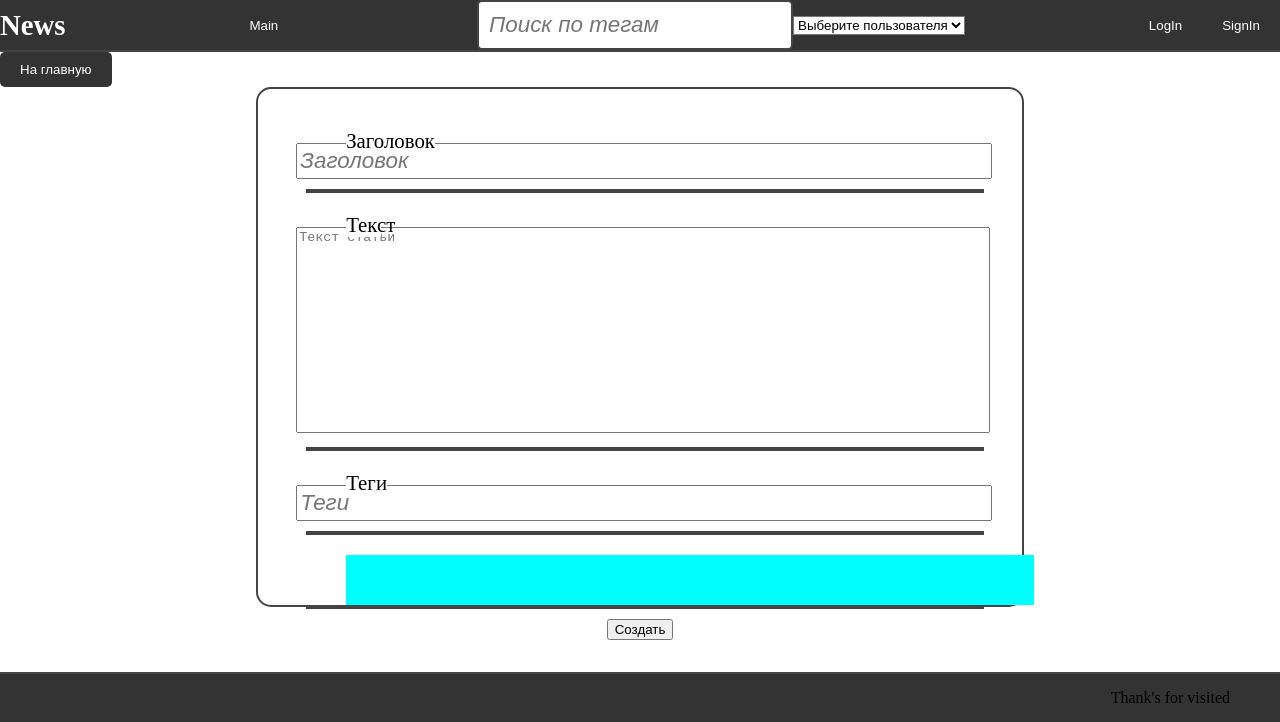
Repository: Igor-Blazhko/news_frontend
Page: /CreatePost
These files come from the project's save history. The page is drawn as it stood at one moment and after the next save; the edit follows.
The browser window is 1280 px wide. The pictures show the whole page.
The project was rebuilt for these pictures with package versions that can differ from the ones it lists, and the page was loaded fresh each time. Also part of the build but not shown: vite.config.ts, src/components/allPost/onePost/onePost.module.css, src/components/allPost/onePost/onePost.tsx, src/components/allPost/allPost.tsx, src/components/auth/logIn/login.module.css, src/components/auth/logIn/login.tsx, src/components/auth/register/register.tsx, src/components/pageOnePost/comments/comment.tsx and 2 more.

Above is the page before, as saved 2024-07-15 16:54:23.

### src/App.tsx
import Header from './components/header/header'
import AllPost from './components/allPost/allPost'
import Footer from './components/footer/footer'
import LogIn from './components/auth/logIn/login'
import { Page } from './types'
import SignIn from './components/auth/register/register'
import { BrowserRouter, Route, Routes } from 'react-router-dom'
import OnePost from './components/pageOnePost/OnePost'
import { Provider } from 'react-redux'
import { store } from './store'
import { QueryClient, QueryClientProvider } from '@tanstack/react-query'
import CreatePost  from './components/createPost/createPost'



const queryClient = new QueryClient();

function App() {

  return (
    <Provider store={store}>
      <QueryClientProvider client={queryClient}>
        <BrowserRouter>
        <Header></Header>
          <Routes>
            <Route path="*" element ={ <AllPost/> }/>
            <Route path={Page.LogIn} element ={ <LogIn/> }/>
            <Route path={Page.SignIn} element ={ <SignIn/> }/>
            <Route path={Page.CreatePost} element ={ <CreatePost/> }/>
            <Route path={Page.OnePost+'/:id'} element ={ <OnePost/> }/>
          </Routes>
        <Footer></Footer>
        </BrowserRouter>
      </QueryClientProvider>
    </Provider>
  )
}

export default App

### src/index.css
body{
  margin: 0;
  padding: 0;
  width: 100vw;
  min-height: 100vh;
  overflow-x: hidden;
}

main{
  min-height: calc(100vh - 100px);
}

### src/components/header/header.tsx

import { Link } from 'react-router-dom';
import Button from '../simplyComponents/button/button';
import styles from './header.module.css'
import ButtonAuth  from './buttonAuth/buttonAuth';
import Filter from './filter/filter';


export default function Header() {
        return (
        <header className={styles.header}>
            <div className={styles.logo}>
                News
            </div>
            <nav>
                <Link to="">
                    <Button>Main</Button>
                </Link>
            </nav>
            <Filter/>
            <ButtonAuth/>
        </header>
    )
}

### src/components/footer/footer.tsx
import { Link } from 'react-router-dom'
import styles from './footer.module.css'
import { Page } from '../../types'
import Button from '../simplyComponents/button/button'
import { useSelector } from 'react-redux'
import { States } from '../../store'

export default function Footer(){
    const JWT = useSelector( (state:States) => state.JWT)
    return(
        <footer className={styles.footer}>
            {
            JWT &&
            <Link to={'/'+Page.CreatePost}>
                <Button>Создать пост</Button>
            </Link>
            }

            <div className={styles.text}>Thank's for visited</div>
        </footer>
    )
}

### src/types.ts
export const enum Page {
    LogIn = 'LogIn',
    SignIn = 'SignIn',
    AllPost = 'AllPost',
    OnePost = 'OnePost',
    CreatePost = 'CreatePost',
}

export class ObjectToken {
    private readonly access_token:string;
    constructor(access_token:string){
        this.access_token = access_token;
    }
}

export class HTTPExeption{
    private readonly response:string;
    private readonly status:number;
    private readonly message:string;
    private readonly name:string;
    constructor(response:string, status:number, message:string, name:string){
        this.response = response;
        this.status = status;
        this.message = message;
        this.name = name;
    }
}

### src/store.ts
import { createStore } from '@reduxjs/toolkit'
import cooks from './basefunction';

export interface States{
  tagfilter: string[],
  userfilter: number,
  JWT:string|undefined,
  location: string,
}

const defaultState:States = {
  tagfilter: [],
  userfilter: 0,
  JWT: cooks.getJWT(),
  location: '*',
}

type Action = {
  type:string,
  buffer?:string,
  userId?:number,
  JWT?:string,
}
const reducer = (state = defaultState, action:Action) => {
  switch (action.type){
    case 'Filter':
      if (( 'buffer' in action) && (action.buffer !== undefined)) {
        const arr = action.buffer.split(' ');
        state = {...state,
          tagfilter: arr,
        }
      }
      return state;
    case 'setUserFilter':
      if (( 'userId' in action) && (action.userId !== undefined)) {
        state = {...state,
          userfilter: action.userId,
        }
      }
      return state
    case 'SetJWT':
      if ( ('JWT' in action) && (action.JWT !== undefined) ){
        state = {...state,
          JWT: action.JWT,
        }
        cooks.LogIn(action.JWT)
      // document.cookie = `JWT_token=${action.JWT}`
      }
      return state;
    case 'DelJwt':
      state = {
        ...state,
        JWT:'',
      }
      cooks.LogOut()
      return state;
    case 'setLocation':
      state = {
        ...state,
        location: location.pathname,
      }
      return state;
    case 'dropLocation':
      state = {
        ...state,
        location: '*',
      }
      return state;
    default:
      return state;
  }
}

export const store = createStore(reducer)

### src/components/createPost/createPost.tsx
import { Link } from "react-router-dom";
import { Page } from "../../types";
import Button from "../simplyComponents/button/button";
import SERVER from "../../dataServer";
import styles from "./createPost.module.css"

export default function CreatePost(){

    return (
        <main>
            <Link to={'/'}>
                <Button>На главную</Button>
            </Link>
            <div>
                <form action={SERVER.POST.News.create} method="post" className={styles.form}>
                    <div className={styles.article}>
                        <label htmlFor="article" className={styles.article} >Заголовок</label>
                        <input type="text" name="article" maxLength={254} placeholder="Заголовок" className={styles.article}/>
                    </div>
                    <div className={styles.text}>
                        <div className={styles.label}>Текст</div>
                        <textarea name="text" placeholder="Текст статьи" className={styles.text}/>
                    </div>
                    <div className={styles.tags}>
                        <label htmlFor="tags" className={styles.tags}>Теги</label>
                        <input type="text" name="tags" placeholder="Теги"  className={styles.tags}/>
                    </div>
                    <div className={styles.file}>
                        <label htmlFor="file" className={styles.file}>
                            <input type="file" name="file" className={styles.file} hidden/>
                        </label>
                    </div>
                    <button type="submit" className={styles.btn}>Создать</button>
                </form>
            </div>
        </main>

    )
}

### src/components/simplyComponents/button/button.tsx
import { MouseEventHandler, ReactNode } from 'react'
import styles from './button.module.css'
type Button = {
    text?:string,
    children?:ReactNode
    onClick?:MouseEventHandler<HTMLButtonElement>
}

export default function Button(props:Button){

    return(
        <button className={styles.button} onClick={props.onClick}>{props.children}</button>
    )
}

### src/components/header/header.module.css
header {
    background-color: #333;
    display: flex;
    justify-content: space-between;
    align-items: center;
    border-bottom: 2px solid #444;
    box-sizing: border-box;
    min-height: 50px;
}

.logo {
    font-size: 1.8em;
    font-weight: bold;
    color: #fff;
}



  .filter {
    display: flex;
    align-items: center;
  }

  .filter input,
  .filterselect {
    padding: 8px 10px;
    margin-left: 15px;
    border: 2px solid #444;
    border-radius: 5px;
    transition: border-color 0.3s ease;
  }

  .filter input:focus,
  .filter select:focus {
    border-color: #888;
  }

  .filter select {
    background-color: #fff;
}

### src/components/header/buttonAuth/buttonAuth.tsx
import { useDispatch, useSelector } from "react-redux"
import { States } from "../../../store"
import cooks from "../../../basefunction";
import Button from "../../simplyComponents/button/button";
import { Link } from "react-router-dom";
import { Page } from "../../../types";

export default function ButtonAuth(){

    const JWT = useSelector( (state:States) => state.JWT);
    const dispatch = useDispatch();

    function LogOut(){
        dispatch({
            type: 'DelJwt',
        })
    }

    return (
        <>
            {
                JWT?
                <div className="auth">
                    <Button onClick={LogOut}>LogOut</Button>
                </div>
                :
                <div className="auth">
                    <Link to={Page.LogIn}>
                        <Button>LogIn</Button>
                    </Link>
                    <Link to={Page.SignIn}>
                        <Button>SignIn</Button>
                    </Link>
                </div>
                }
        </>
    )
}

### src/components/header/filter/filter.tsx

import { useEffect, useState } from 'react'
import { User } from '../../pageOnePost/types/types'
import styles from '../header.module.css'
import { useDispatch } from 'react-redux'

export default function Filter(){
    const [users, setUsers] = useState([ {
        id: 1,
        name: 'igor',
        sername: 'Blazhko',
        login: 'user1',
    }])
    const [change, setChange] = useState(false)
    const dispatch = useDispatch()

    useEffect(() => {
        const users = [
            {
                id: 1,
                name: 'igor',
                sername: 'Blazhko',
                login: 'user1',
            },
            {
                id: 2,
                name: 'igor',
                sername: 'Tokin',
                login: 'user2',
            },
            {
                id: 3,
                name: 'igor',
                sername: 'Lankin',
                login: 'user3',
            },
        ];
        setUsers(users);
        // setLog(JWT)
    },[])

    function changeFilter(event:React.ChangeEvent<HTMLInputElement>){
        dispatch({
            type:'Filter',
            buffer: event.target.value,
        })
    }

    function changeUser(event) {
        dispatch({
            type:'setUserFilter',
            userId: +event.target.value,
        })
        if ( +event.target.value ) setChange(true)
        else setChange(false)
    }

    return (
            <div className={styles.filter}>
                <input type="text" placeholder="Поиск по тегам" onChange={changeFilter}/>
                <select onChange={changeUser} defaultValue="option0">
                    <option value="0">
                        { change? 'Cбросить фильтрацию': 'Выберите пользователя'}
                    </option>
                    {
                        users.map((user:User)=> <option key = {user.id} value={user.id}>{user.name} {user.sername}</option>)
                    }
                </select>
            </div>
    )
}

### src/components/allPost/allPost.module.css

main {
    display: flex;
    flex-direction: column;
    row-gap: 25px;
  }

### src/dataServer.ts


const SERVER = {
    base: 'http://192.168.3.37:5000/',
    POST: {
        register: 'http://127.0.0.1:5000/auth/registration',
        login: 'http://127.0.0.1:5000/auth/login',
        comments: {
            createCom: 'http://127.0.0.1:5000/comments',
        },
        News: {
            create: 'http://127.0.0.1:5000/news',
        }
    },
    GET: {
        allNews: 'http://127.0.0.1:5000/news',
        oneNews: 'http://127.0.0.1:5000/news?id=',
        getAllCommentByPostId: 'http://127.0.0.1:5000/comments?id=',
    }
}
export default SERVER;

### src/components/footer/footer.module.css
footer {
    width: 100vw;
    background-color: #333;
    min-height: 50px;
    border-top: 2px solid #444;
    display: flex;
    justify-content: flex-end;
    align-items: center;
    box-sizing: border-box;
}

.text{
    margin-right: 50px;
}

### src/components/pageOnePost/OnePost.module.css
main{
  display: block;
}
.post_content_full {
    display: flex;
    flex-direction: column;
    align-items: center;
    text-align: center;
    animation: slideIn 0.5s ease-in-out;
  }

  .post_image {
    width: 150px;
    height: 150px;
    margin-bottom: 20px;
  }

  .post_title_full {
    font-size: 2em;
    margin-bottom: 20px;
  }

  .post_text_full {
    font-size: 1.2em;
    margin-bottom: 40px;
  }

  .comments {
    background-color: #fff;
    padding: 20px;
    border: 1px solid #ccc;
    border-radius: 10px;
    margin-top: 20px;
  }



  .comments h3 {
    font-size: 1.5em;
    margin-bottom: 10px;
  }

  .comment {
    margin-bottom: 10px;
    padding: 10px;
    border: 1px solid #ccc;
    border-radius: 5px;
    background-color: #fafafa;
  }

  .comment p {
    font-size: 1.2em;
  }

  .comment_form {
    margin-top: 20px;
  }

  .comment_form textarea {
    width: 100%;
    padding: 10px;
    margin-bottom: 10px;
    border: 1px solid #ccc;
    border-radius: 5px;
    resize: vertical;
    transition: border-color 0.3s ease;
  }

  .comment_form textarea:focus {
    border-color: #888;
  }

  .comment_form button {
    padding: 10px;
    border: none;
    border-radius: 5px;
    background-color: #333;
    color: #fff;
    cursor: pointer;
    transition: background-color 0.3s ease, transform 0.3s ease;
  }

  .comment_form button:hover {
    background-color: #444;
    transform: translateY(-3px);
  }

### src/basefunction.ts
import { useDispatch } from "react-redux";

class Cookie {
    getCookie(name:string) {
        let matches = document.cookie.match(new RegExp(
          "(?:^|; )" + name.replace(/([\.$?*|{}\(\)\[\]\\\/\+^])/g, '\\$1') + "=([^;]*)"
        ));
        return matches ? decodeURIComponent(matches[1]) : undefined;
    }

    setCookie(name:string, value:string, options = {}) {

        options = {
          path: '/',
          // при необходимости добавьте другие значения по умолчанию
          ...options
        };

        if (options.expires instanceof Date) {
          options.expires = options.expires.toUTCString();
        }

        let updatedCookie = encodeURIComponent(name) + "=" + encodeURIComponent(value);

        for (let optionKey in options) {
          updatedCookie += "; " + optionKey;
          let optionValue = options[optionKey];
          if (optionValue !== true) {
            updatedCookie += "=" + optionValue;
          }
        }

        document.cookie = updatedCookie;
    }

    deleteCookie(name:string) {
        this.setCookie(name, "", {
          'max-age': -1
        })
    }

    getJWT(){
        return this.getCookie('JWT_token')
    }

    LogIn(token:string){
        this.setCookie('JWT_token', token, {
            'max-age': 3600
          } )
    }

    LogOut(){
        this.setCookie('JWT_token', '', {
            'max-age': 3600
          } )
    }
}
const cooks = new Cookie()
export default cooks

### src/components/createPost/createPost.module.css
.form {
    border: 2px solid #444;
    border-radius: 15px;
    width: 60%;
    height: calc(100vh - 200px);
    margin: 0 auto;
    display: flex;
    flex-direction: column;
    justify-content: space-between;
    align-items: center;
    padding: 30px 0 ;
    box-sizing: border-box;
}

form>div{
    width: 90%;
}

label, .label {
    position: relative;
    top: 10px;
    left: 50px;
    z-index: 2;
    background-color: white;
    font-size: 1.3em;
    transition: all 0.3s ease-in-out;
}
div:has(input:focus)>label{
    transition: all 0.2s  ease-in;
    top: 0;
}
textarea{
	resize: none;
    width: 100%;
    height: 200px;
}

.label {
    width: 5%;
}
div:has(textarea:focus) .label{
    top: 0;
}
input{
    width: 100%;
    height: 30px;
    font-size: 1.4em;
    font-style: italic;
    display: block;
}

form>div:after{
    display: block;
    width: 98%;
    background-color: #444;
    border: 2px solid #444;
    content: "";
    margin: 10px;
}

label.file{
    display: block;
    background-color: aqua;
    width: 100%;
    height: 50px;
}

input[type='file']{
    width: 100%;
    height: 100%;
    background-color: rgb(12, 14, 14)ua;
    opacity: 0;
}

### src/components/simplyComponents/button/button.module.css
.button {
    padding: 10px 20px;
    background-color: #333;
    color: #fff;
    border: none;
    border-radius: 5px;
    cursor: pointer;
    transition: background-color 0.3s ease, transform 0.3s ease;
    text-decoration: none;
}

.button:hover {
    background-color: #444;
    transform: translateY(-3px);
}

Loaded but not shown: index.html (common file); src/main.tsx (common file)

After the next save:
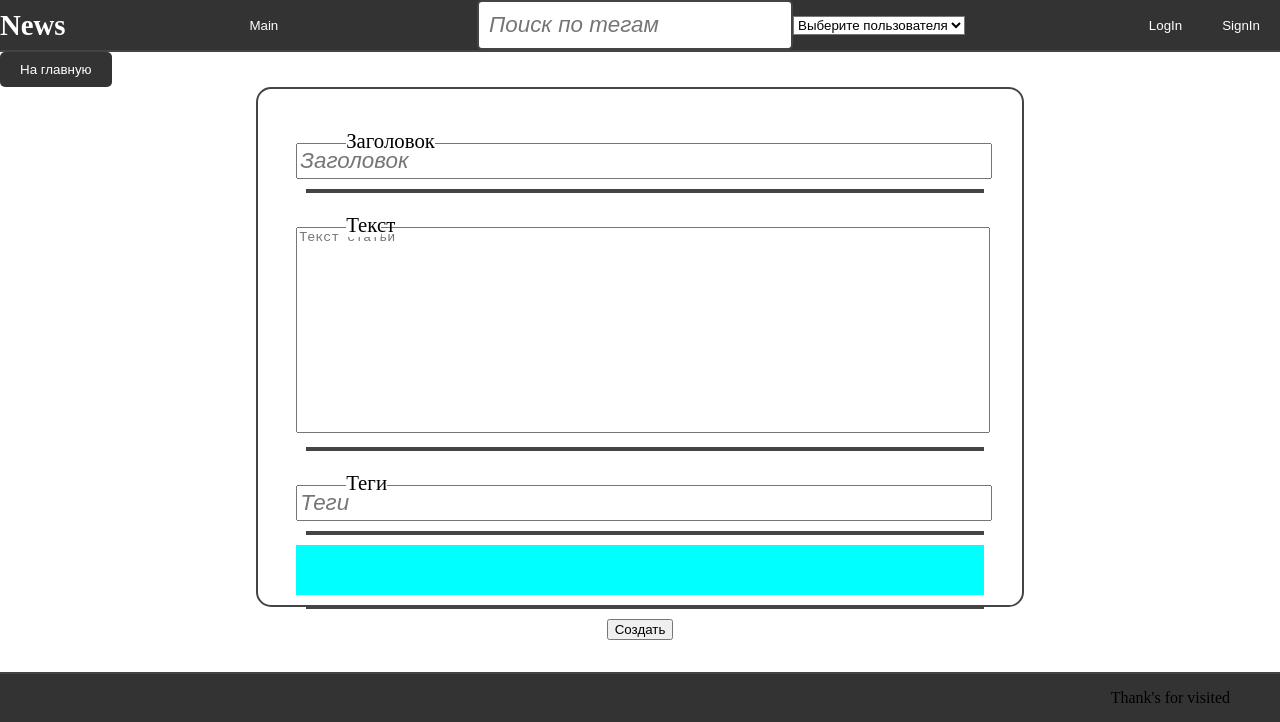
Saved 17 s later.
--- a/src/components/createPost/createPost.module.css
+++ b/src/components/createPost/createPost.module.css
@@ -59,6 +59,9 @@ form>div:after{
 }
 
 label.file{
+    position: relative;
+    top: 0;
+    left: 0;
     display: block;
     background-color: aqua;
     width: 100%;
